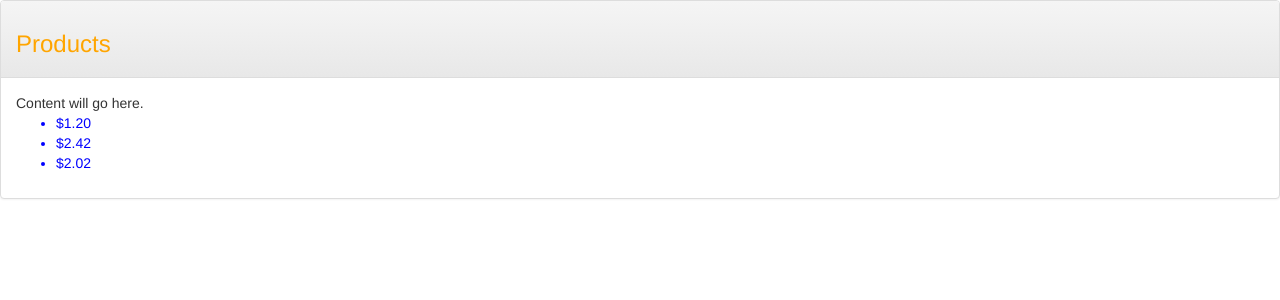
Repository: chisun-joung/workplace
Page: angularJS/WebContent/Chap15_CustomDirective/P448_Directive.html
The author's editor kept a copy of each file at every save. The page is drawn from the files as they stood at one save, then again after the next save.
The browser window is 1280 px wide. The pictures show the whole page.
Some web libraries are served in a nearby version.

Above is the page before, as saved 2016-11-30 05:22:38.

After the next save:
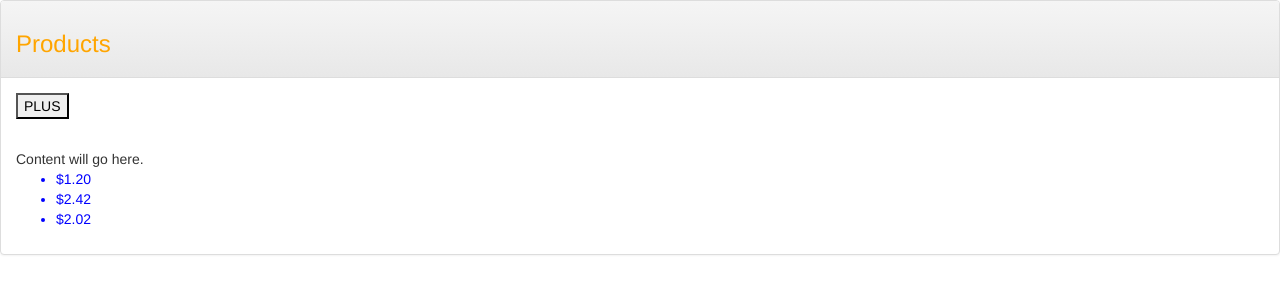
Saved 3 min 38 s later.
--- a/angularJS/WebContent/Chap15_CustomDirective/P448_Directive.html
+++ b/angularJS/WebContent/Chap15_CustomDirective/P448_Directive.html
@@ -19,10 +19,7 @@
 				//  이사용자 정의 지시자가 속성로 사용되면 태그 속성으로 작동 하면서 태그역활도 함
 				// ctrl 상위 사용자 지시자 또는 내장 지시자의 콘트롤러의
 
-				console.log(scope);
-				console.log(element);
-				console.log(attrs);
-				console.log(ctrl);
+
 
 				element.css('color','orange');
 			}
@@ -53,12 +50,12 @@
 				{ name: "Bananas", category: "Fruit", price: 2.42, expiry: 7 },
 				{ name: "Pears", category: "Fruit", price: 2.02, expiry: 6 }
 			];
-
-			$scope.items = [
-			   				{ name: "Apples", category: "Fruit", price: 1.20, expiry: 10 },
-			   				{ name: "Bananas", category: "Fruit", price: 2.42, expiry: 7 },
-			   				{ name: "Pears", category: "Fruit", price: 2.02, expiry: 6 }
-			   			];
+			$scope.plus = function() {
+				for(var i = 0; i < $scope.products.length; i++){
+					$scope.products[i].price++;
+					console.log($scope.products[i].price);
+				}
+			}
 		});
 	</script>
 </head>
@@ -67,6 +64,9 @@
 		<div class="panel-heading" demo-test full-name="HONG">
 			<h3>Products</h3>
 		</div>
+		<div class="panel-body" >
+			<button ng-click="plus()">PLUS</button>
+		</div>
 		<div class="panel-body" unordered-list="products" list-property="price | currency">
 			Content will go here.
 		</div>
